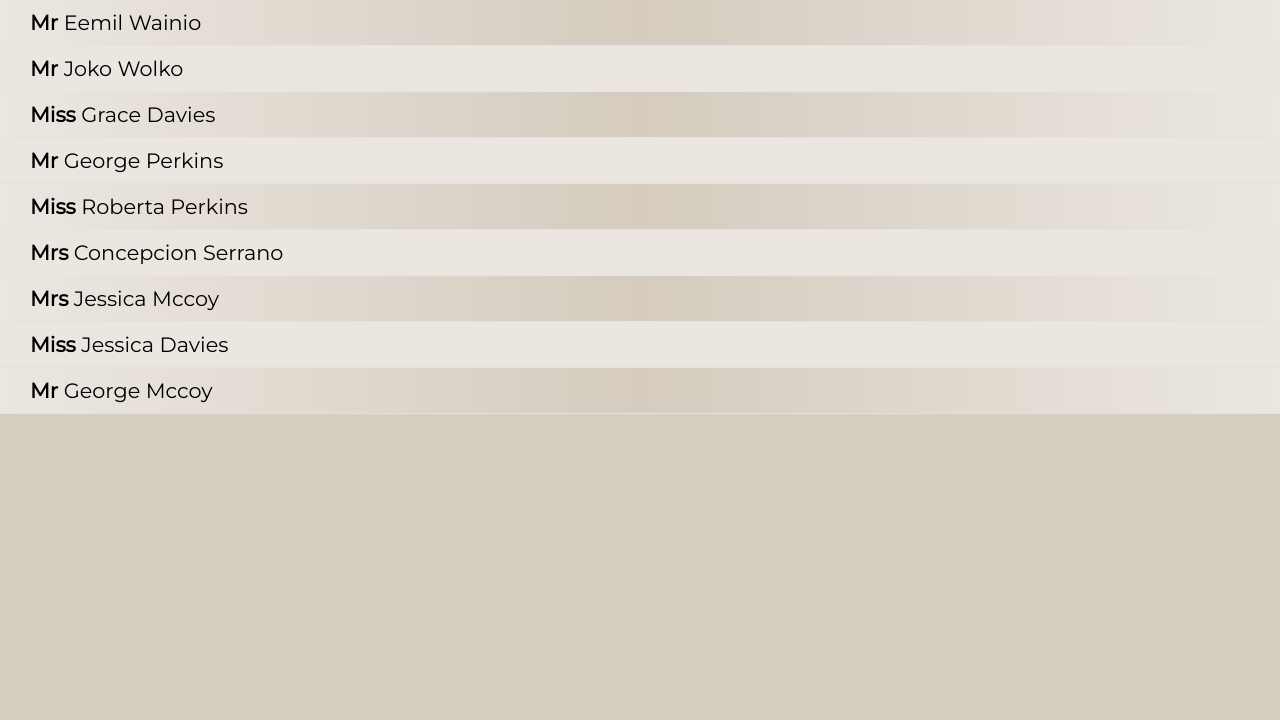
Repository: KrzysKolo/sr_tydzien5_zad4
Page: /
These files come from the project's save history. The page is drawn as it stood at one moment and after the next save; the edit follows.
The browser window is 1280 px wide. The pictures show the whole page.
Some web fonts or font styles are not loaded; a fallback is used. The project was rebuilt for these pictures with package versions that can differ from the ones it lists, and the page was loaded fresh each time.

Above is the page before, as saved 2021-01-04 00:23:26.

### public/index.html
<!DOCTYPE html>
<html lang="en">
  <head>
    <meta charset="utf-8" />
    <link rel="icon" href="%PUBLIC_URL%/favicon.ico" />
    <meta name="viewport" content="width=device-width, initial-scale=1" />
    <meta name="theme-color" content="#000000" />
    <meta
      name="description"
      content="Web site created using create-react-app"
    />
    <link rel="apple-touch-icon" href="%PUBLIC_URL%/logo192.png" />
    <!--
      manifest.json provides metadata used when your web app is installed on a
      user's mobile device or desktop. See https://developers.google.com/web/fundamentals/web-app-manifest/
    -->
    <link rel="manifest" href="%PUBLIC_URL%/manifest.json" />
    <!--
      Notice the use of %PUBLIC_URL% in the tags above.
      It will be replaced with the URL of the `public` folder during the build.
      Only files inside the `public` folder can be referenced from the HTML.

      Unlike "/favicon.ico" or "favicon.ico", "%PUBLIC_URL%/favicon.ico" will
      work correctly both with client-side routing and a non-root public URL.
      Learn how to configure a non-root public URL by running `npm run build`.
    -->
    <link rel="preconnect" href="https://fonts.gstatic.com">
<link href="https://fonts.googleapis.com/css2?family=Finger+Paint&family=Montserrat&family=Over+the+Rainbow&family=Peralta&display=swap" rel="stylesheet">
    <title>User search</title>
  </head>
  <body>
    <noscript>You need to enable JavaScript to run this app.</noscript>
    <div id="root"></div>
    <!--
      This HTML file is a template.
      If you open it directly in the browser, you will see an empty page.

      You can add webfonts, meta tags, or analytics to this file.
      The build step will place the bundled scripts into the <body> tag.

      To begin the development, run `npm start` or `yarn start`.
      To create a production bundle, use `npm run build` or `yarn build`.
    -->
  </body>
</html>

### src/App.js
import React from 'react';
import UsersContainer from './components/UsersContainer';
import './App.css';


const App = () => {

  return (
    <>
      <UsersContainer/>
    </>
  )
}

export default App;

### src/components/UsersContainer.js
import React, { useState, useEffect } from 'react';


const UsersContainer = () => {

  const UsersAPI = '/users.json';

  const [ users, setUsers ] = useState([]);
  const [loading, setLoading] = useState(false);

  useEffect(() => {
    fetch(UsersAPI)
    .then(res => {
      if (res.ok) {
        return res;
      }
      throw Error(res.status)
    })
      .then(res => res.json())
      .then(data => {
        console.log(data.users);
        setUsers(data.users);
        setLoading(false);
      })
      .catch(error => console.log(error))
    }, []);

    if (loading) {
      return <p>Loading countries...</p>;
    }

    const user = users.map(user => (
      <li className="user" key={user.id}><b>{user.title}</b> {user.first} {user.last}</li>
    ))
    return (
        <ul>
					{user}
        </ul>
    )
}

export default UsersContainer;

### src/App.css
* {
  box-sizing: border-box;
  padding: 0;
  margin: 0;
}
body {
  height: 100vh;
  width: 100vw;
  background-color: rgba(206, 194, 179, 0.8);
}
section {
  margin: 2vh auto;
  width: 70%;
  max-width: 800px;
  display: flex;
  flex-direction: column;
  box-shadow: 0 0 10px #000;
}
.header__section {
  height: 35vh;
  background-image: url("./images/girl.jpg");
  background-position: center;
  background-size: cover;
  display: flex;
  flex-direction: column;
  justify-content: flex-end;
}
.header__title {
  font-size: 2rem;
  font-family: "Peralta", cursive;
  margin: 0 auto 10px 3rem;
  color: rgba(255, 255, 255, 0.85);
}
.header__search-wrapper {
  width: 100%;
  margin-bottom: 20px;
  display: flex;
  justify-content: space-around;
}
.header__search {
  padding: 8px 10px;
  width: 60%;
  border-radius: 10px;
  background-color: rgba(255, 255, 255, 0.85);
  box-shadow: inset 2px 2px 3px 0px rgba(0, 0, 0, 0.55);
  font-size: 20px;
}
.header__search-btn {
  background: rgba(71, 26, 20, 0.4);
  color: rgba(255, 255, 255, 0.85);
  width: 15%;
  border-radius: 10px;
  box-shadow: 2px 2px 3px 0px rgba(0, 0, 0, 0.55);
  font-size: 20px;
  text-align: center;
  line-height: 40px;
  transition: 0.2s all ease;
  cursor: pointer;
}
.header__search-btn:hover {
  background: rgba(65, 28, 24, 1);
}
.user {
  font-size: 1.3rem;
  font-family: "Montserrat", sans-serif;
  padding: 10px 30px;
  list-style: none;
  border-bottom: 1px solid rgb(226, 226, 226);
  background-color: rgba(255, 255, 255, 0.5);
}
.user:nth-child(odd) {
  background: linear-gradient(
    90deg,
    rgba(255, 255, 255, 0.5) 0%,
    rgba(206, 194, 179, 0.2) 50%,
    rgba(255, 255, 255, 0.5) 100%
  );
}
.footer__wrapper {
  background-color: rgb(36, 31, 27);
  color: white;
  font-size: 1.2rem;
  padding: 10px 30px;
  width: 100%;
  height: 7vh;
  display: flex;
  align-items: center;
}

### public/users.json
{
    "users": [
      {
        "id": 1,
        "title": "Mr",
        "first": "Eemil",
        "last": "Wainio"
       },
      {
        "id": 2,
        "title": "Mr",
        "first": "Joko",
        "last": "Wolko"
      },
      {
        "id": 3,
        "title": "Miss",
        "first": "Grace",
        "last": "Davies"
      },
      {
        "id": 4,
        "title": "Mr ",
        "first": "George ",
        "last": "Perkins"
      },
      {
        "id": 5,
        "title": "Miss",
        "first": "Roberta ",
        "last": "Perkins"
      },
      {
        "id": 6,
        "title": "Mrs ",
        "first": "Concepcion ",
        "last": "Serrano"
      },
      {
        "id": 7,
        "title": "Mrs ",
        "first": "Jessica ",
        "last": "Mccoy"
      },
      {
        "id": 8,
        "title": "Miss",
        "first": "Jessica",
        "last": "Davies"
      },
      {
        "id": 9,
        "title": "Mr",
        "first": "George",
        "last": "Mccoy"
      }
    ]
  }

Loaded but not shown: src/index.js (common file)

After the next save:
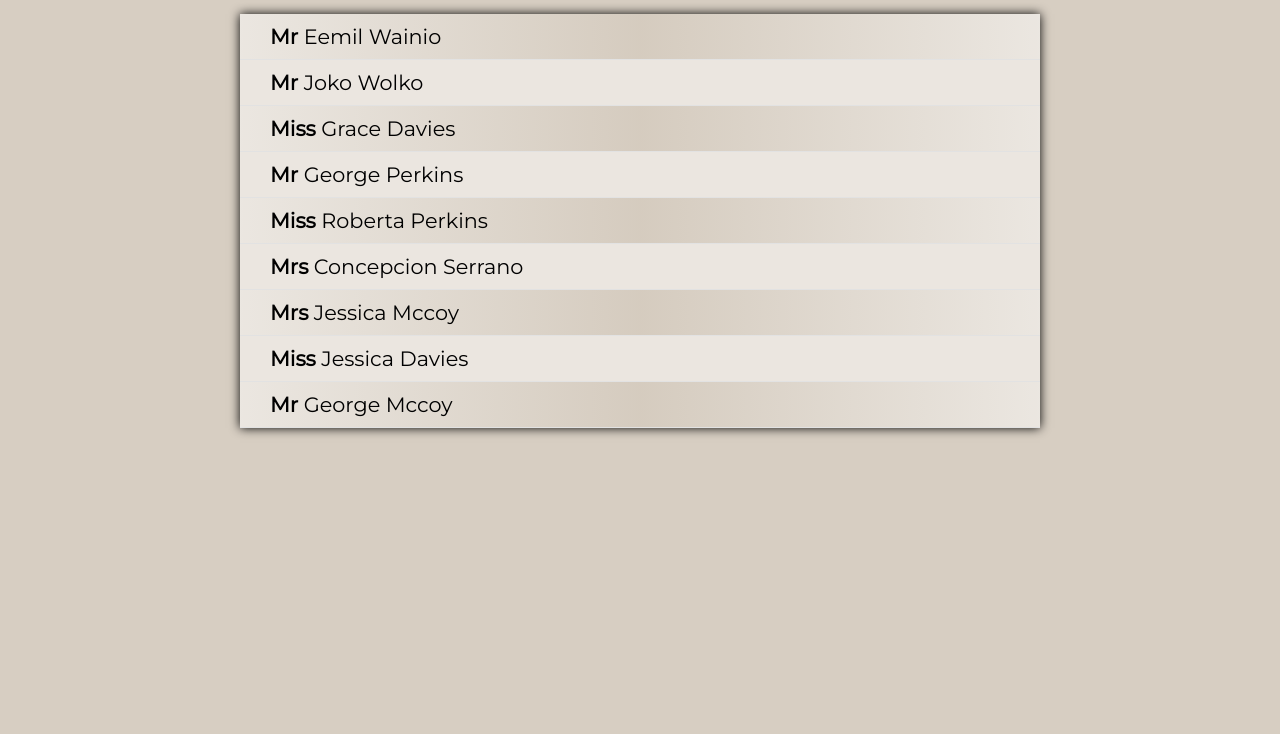
Saved 34 s later.
--- a/src/components/UsersContainer.js
+++ b/src/components/UsersContainer.js
@@ -33,9 +33,9 @@ const UsersContainer = () => {
       <li className="user" key={user.id}><b>{user.title}</b> {user.first} {user.last}</li>
     ))
     return (
-        <ul>
+        <section>
 					{user}
-        </ul>
+        </section>
     )
 }
 
